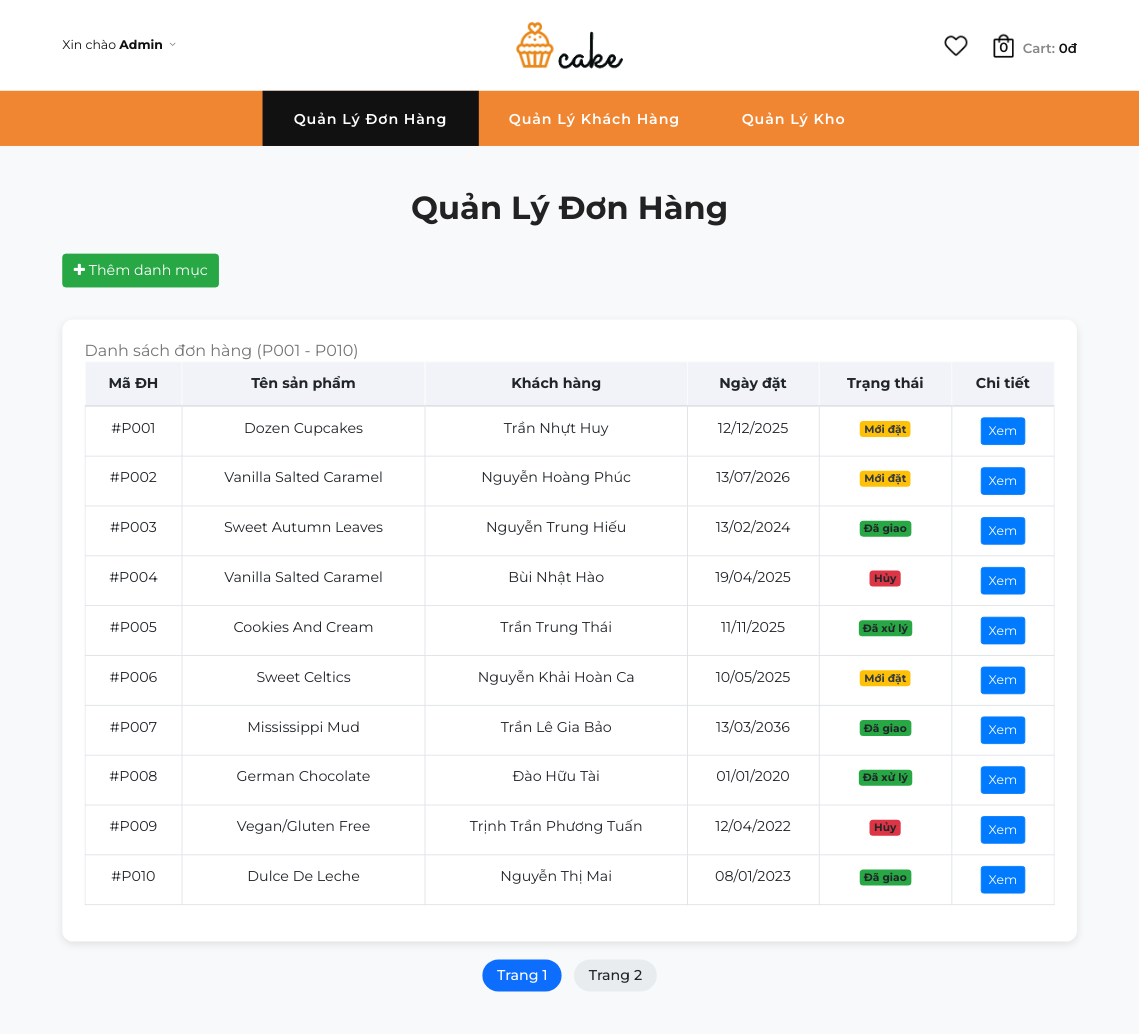
Repository: nhanto2n-byte/Nhom10ChieuThu3
Page: ProjectWeb/cake-main/admin_product.html
These files come from the project's save history. The page is drawn as it stood at one moment and after the next save; the edit follows.
The browser window is 1280 px wide. The pictures show the whole page, at 89% of full size.

Above is the page before, as saved 2025-10-28 14:18:57.

### ProjectWeb/cake-main/admin_product.html
<!DOCTYPE html>
<html lang="vi">

<head>
  <meta charset="UTF-8">
  <meta name="viewport" content="width=device-width, initial-scale=1.0">
  <title>Quản lý đơn hàng </title>

  <!-- Google Fonts -->
  <link href="https://fonts.googleapis.com/css2?family=Playfair+Display:wght@400;500;600;700;800;900&display=swap" rel="stylesheet">
  <link href="https://fonts.googleapis.com/css2?family=Montserrat:wght@300;400;500;600;700;800;900&display=swap" rel="stylesheet">

  <!-- CSS -->
  <link rel="stylesheet" href="css/bootstrap.min.css" type="text/css">
    <link rel="stylesheet" href="css/flaticon.css" type="text/css">
    <link rel="stylesheet" href="css/barfiller.css" type="text/css">
    <link rel="stylesheet" href="css/magnific-popup.css" type="text/css">
    <link rel="stylesheet" href="css/font-awesome.min.css" type="text/css">
    <link rel="stylesheet" href="css/elegant-icons.css" type="text/css">
    <link rel="stylesheet" href="css/nice-select.css" type="text/css">
    <link rel="stylesheet" href="css/owl.carousel.min.css" type="text/css">
    <link rel="stylesheet" href="css/slicknav.min.css" type="text/css">
    <link rel="stylesheet" href="css/style.css" type="text/css">

  <style>
    body {
      background-color: #f8f9fa;
      font-family: 'Montserrat', sans-serif;
    }

    h2 {
      font-weight: 700;
      margin-bottom: 30px;
      color: #222;
    }

    .card {
      border: none;
      border-radius: 12px;
      box-shadow: 0 3px 10px rgba(0, 0, 0, 0.1);
      margin-bottom: 20px;
      padding: 25px;
    }

    .table th {
      background-color: #f1f3f9;
    }

    input[name="page"] {
      display: none;
    }

    #page1Content,
    #page2Content {
      display: none;
      animation: fade 0.4s ease;
    }

    #page1:checked~.book #page1Content {
      display: block;
    }

    #page2:checked~.book #page2Content {
      display: block;
    }

    .controls {
      text-align: center;
      margin-top: 15px;
    }

    .controls label {
      display: inline-block;
      background-color: #e9ecef;
      border-radius: 20px;
      padding: 6px 16px;
      margin: 0 5px;
      cursor: pointer;
      transition: all 0.3s;
      font-weight: 500;
    }

    #page1:checked~.controls label[for="page1"],
    #page2:checked~.controls label[for="page2"] {
      background-color: #0d6efd;
      color: white;
    }

    @keyframes fade {
      from {
        opacity: 0;
      }

      to {
        opacity: 1;
      }
    }

    .btn-add {
      margin-bottom: 20px;
    }
  </style>
  <style>
        /* ==================================== */
        /* CẤU TRÚC MENU THẢ XUỐNG (DROPDOWN) */
        /* ==================================== */

        /* 1. Thiết lập vị trí tương đối cho mục cha */
        .header__top__left ul li.has-dropdown {
            position: relative;
        }

        /* KHẮC PHỤC LỖI TÔ ĐEN TRÊN LIÊN KẾT CHA */
        .header__top__left ul li.has-dropdown > a:focus,
        .header__top__left ul li.has-dropdown > a:active {
            /* Dùng !important để ghi đè CSS từ file style.css nếu cần */
            outline: none !important;
            -webkit-tap-highlight-color: transparent;
            background-color: transparent !important;
        }

        /* 2. Thiết lập trạng thái mặc định (ẨN) cho dropdown */
        .header__top__left ul li .dropdown {
            display: none;
            position: absolute;
            top: 100%;
            left: 0;
            z-index: 100;

            /* NỀN ĐẬM CHO CHỮ TRẮNG NỔI BẬT */
            background-color: #333; /* Nền xám/đen đậm */
            border: 1px solid #555;
            box-shadow: 0 4px 10px rgba(0, 0, 0, 0.2);
            min-width: 200px;
            padding: 5px 0;
            list-style: none; /* Loại bỏ dấu chấm */
        }

        /* 3. Hiển thị menu khi di chuột vào mục cha */
        .header__top__left ul li.has-dropdown:hover > .dropdown {
            display: block;
        }

        /* 4. Định kiểu cho các mục con trong menu */
        .header__top__left ul li .dropdown li a {
            display: block;
            padding: 10px 15px;
            text-decoration: none;

            /* MÀU CHỮ TRẮNG */
            color: white;

            font-size: 16px;
            white-space: nowrap;
        }

        /* Hiệu ứng di chuột (hover) cho các mục con */
        .header__top__left ul li .dropdown li a:hover {
            background-color: #555; /* Nền xám nhẹ khi hover */
            color: #ffcc00; /* Màu nổi bật khi hover */
        }
    </style>
</head>

<body>
    <!-- Page Preloder -->
    <div id="preloder">
        <div class="loader"></div>
    </div>

    <!-- Offcanvas Menu Begin -->
    <div class="offcanvas-menu-overlay"></div>
    <div class="offcanvas-menu-wrapper">
        <div class="offcanvas__cart">
            <div class="offcanvas__cart__links">
                <a href="#" class="search-switch"><img src="img/icon/search.png" alt=""></a>
                <a href="#"><img src="img/icon/heart.png" alt=""></a>
            </div>
            <div class="offcanvas__cart__item">
                <a href="#"><img src="img/icon/cart.png" alt=""> <span>0</span></a>
                <div class="cart__price">Cart: <span>0đ</span></div>
            </div>
        </div>
        <div class="offcanvas__logo">
            <a href="./index.html"><img src="img/logo.png" alt=""></a>
        </div>
        <div id="mobile-menu-wrap"></div>
    </div>
    <!-- Offcanvas Menu End -->

    <!-- Header Section Begin -->
    <header class="header">
        <div class="header__top">
            <div class="container">
                <div class="row">
                    <div class="col-lg-12">
                        <div class="header__top__inner">
                            <div class="header__top__left">
                                <ul>
                                    <li class="has-dropdown">
                                    <a href="./profile.html">
                                            Xin chào <strong>Admin</strong>
                                            <span class="arrow_carrot-down"></span>
                                    </a>
                                        <ul class="dropdown">
                                            <li><a href="./profile.html">My Profile</a></li>
                                            <li><a href="./register.html">Log out</a></li>
                                        </ul>
                                    </li>
                                </ul>
                            </div>
                            <div class="header__logo">
                                <a href="#"><img src="img/logo.png" alt=""></a>
                            </div>
                            <div class="header__top__right">
                                <div class="header__top__right__links">

                                    <a href="./wisslist.html"><img src="img/icon/heart.png" alt=""></a>
                                </div>
                                <div class="header__top__right__cart">
                                    <a href="./shoping-cart.html"><img src="img/icon/cart.png" alt=""> <span>0</span></a>
                                    <div class="cart__price">Cart: <span>0đ</span></div>
                                </div>
                            </div>
                        </div>
                    </div>
                </div>
                <div class="canvas__open"><i class="fa fa-bars"></i></div>
            </div>
        </div>
        <div class="container">
            <div class="row">
                <div class="col-lg-12">
                    <nav class="header__menu mobile-menu">
                        <ul>
                           <li class="active"><a href="./admin_product.html">Quản Lý Đơn Hàng</a></li>
                            <li><a href="./admin_member.html">Quản Lý Khách Hàng</a></li>
                              <li><a href="#">Quản Lý Kho</a>
                                <ul class="dropdown">
                                    <li><a href="./admin_category.html">Quản Lý Danh Mục Sản Phẩm</a></li>
                                    <li><a href="./checkout.html">Quản Lý Nhập Sản Phẩm</a></li>
                                    <li><a href="./admin_selling.html">Quản Lý Giá Bán</a></li>
                                    <li><a href="./admin_quantity.html">Quản Lý Số Lượng Tồn</a></li>
                                    <li><a href="./admin_type.html">Quản Lý Loại Sản Phẩm</a></li>
                                </ul>
                            </li>
                        </ul>
                    </nav>
                </div>
            </div>
        </div>
    </header>
  <div class="container py-5">
    <h2 class="text-center"> Quản Lý Đơn Hàng</h2>

    <!-- Nút thêm -->
    <div class="text-end mb-3">
      <button class="btn btn-success btn-add" data-bs-toggle="modal" data-bs-target="#addModal">
        <i class="fa fa-plus"></i> Thêm danh mục
      </button>
    </div>






    <!-- Radio điều khiển -->
    <input type="radio" name="page" id="page1" checked>
    <input type="radio" name="page" id="page2">

    <div class="book">
      <!-- Trang 1 -->
      <div id="page1Content" class="card bg-white">
        <h5><i class="fa-solid fa-box"></i> Danh sách đơn hàng (P001 - P010)</h5>
        <div class="table-responsive">
          <table class="table table-bordered text-center align-middle">
            <thead class="table-light">
              <tr>
                <th>Mã ĐH</th>
                <th>Tên sản phẩm</th>
                <th>Khách hàng</th>
                <th>Ngày đặt</th>
                <th>Trạng thái</th>
                <th>Chi tiết</th>
              </tr>
            </thead>
            <tbody>
              <tr><td>#P001</td><td>Dozen Cupcakes</td><td>Trần Nhựt Huy</td><td>12/12/2025</td><td><span class="badge bg-warning text-dark">Mới đặt</span></td><td><a href="#" class="btn btn-primary btn-sm">Xem</a></td></tr>
              <tr><td>#P002</td><td>Vanilla Salted Caramel</td><td>Nguyễn Hoàng Phúc</td><td>13/07/2026</td><td><span class="badge bg-warning text-dark">Mới đặt</span></td><td><a href="#" class="btn btn-primary btn-sm">Xem</a></td></tr>
              <tr><td>#P003</td><td>Sweet Autumn Leaves</td><td>Nguyễn Trung Hiếu</td><td>13/02/2024</td><td><span class="badge bg-success">Đã giao</span></td><td><a href="#" class="btn btn-primary btn-sm">Xem</a></td></tr>
              <tr><td>#P004</td><td>Vanilla Salted Caramel</td><td>Bùi Nhật Hào</td><td>19/04/2025</td><td><span class="badge bg-danger">Hủy</span></td><td><a href="#" class="btn btn-primary btn-sm">Xem</a></td></tr>
              <tr><td>#P005</td><td>Cookies And Cream</td><td>Trần Trung Thái</td><td>11/11/2025</td><td><span class="badge bg-success">Đã xử lý</span></td><td><a href="#" class="btn btn-primary btn-sm">Xem</a></td></tr>
              <tr><td>#P006</td><td>Sweet Celtics</td><td>Nguyễn Khải Hoàn Ca</td><td>10/05/2025</td><td><span class="badge bg-warning text-dark">Mới đặt</span></td><td><a href="#" class="btn btn-primary btn-sm">Xem</a></td></tr>
              <tr><td>#P007</td><td>Mississippi Mud</td><td>Trần Lê Gia Bảo</td><td>13/03/2036</td><td><span class="badge bg-success">Đã giao</span></td><td><a href="#" class="btn btn-primary btn-sm">Xem</a></td></tr>
              <tr><td>#P008</td><td>German Chocolate</td><td>Đào Hữu Tài</td><td>01/01/2020</td><td><span class="badge bg-success">Đã xử lý</span></td><td><a href="#" class="btn btn-primary btn-sm">Xem</a></td></tr>
              <tr><td>#P009</td><td>Vegan/Gluten Free</td><td>Trịnh Trần Phương Tuấn</td><td>12/04/2022</td><td><span class="badge bg-danger">Hủy</span></td><td><a href="#" class="btn btn-primary btn-sm">Xem</a></td></tr>
              <tr><td>#P010</td><td>Dulce De Leche</td><td>Nguyễn Thị Mai</td><td>08/01/2023</td><td><span class="badge bg-success">Đã giao</span></td><td><a href="#" class="btn btn-primary btn-sm">Xem</a></td></tr>
            </tbody>
          </table>
        </div>
      </div>

      <!-- Trang 2 -->
      <div id="page2Content" class="card bg-white">
        <h5><i class="fa-solid fa-box-archive"></i> Danh sách đơn hàng (P011 - P020)</h5>
        <div class="table-responsive">
          <table class="table table-bordered text-center align-middle">
            <thead class="table-light">
              <tr>
                <th>Mã ĐH</th>
                <th>Tên sản phẩm</th>
                <th>Khách hàng</th>
                <th>Ngày đặt</th>
                <th>Trạng thái</th>
                <th>Chi tiết</th>
              </tr>
            </thead>
            <tbody>
              <tr><td>#P011</td><td>Vanilla Salted Caramel</td><td>Trần Nhựt Huy</td><td>12/12/2025</td><td><span class="badge bg-warning text-dark">Mới đặt</span></td><td><a href="#" class="btn btn-primary btn-sm">Xem</a></td></tr>
              <tr><td>#P012</td><td>Sweet Celtics</td><td>Nguyễn Hoàng Phúc</td><td>13/07/2026</td><td><span class="badge bg-warning text-dark">Mới đặt</span></td><td><a href="#" class="btn btn-primary btn-sm">Xem</a></td></tr>
              <tr><td>#P013</td><td>Dulce De Leche</td><td>Nguyễn Trung Hiếu</td><td>13/02/2024</td><td><span class="badge bg-success">Đã giao</span></td><td><a href="#" class="btn btn-primary btn-sm">Xem</a></td></tr>
              <tr><td>#P014</td><td>Cookies And Cream</td><td>Bùi Nhật Hào</td><td>19/04/2025</td><td><span class="badge bg-danger">Hủy</span></td><td><a href="#" class="btn btn-primary btn-sm">Xem</a></td></tr>
              <tr><td>#P015</td><td>Dozen Cupcakes</td><td>Trần Trung Thái</td><td>11/11/2025</td><td><span class="badge bg-success">Đã xử lý</span></td><td><a href="#" class="btn btn-primary btn-sm">Xem</a></td></tr>
              <tr><td>#P016</td><td>German Chocolate</td><td>Nguyễn Khải Hoàn Ca</td><td>10/05/2025</td><td><span class="badge bg-warning text-dark">Mới đặt</span></td><td><a href="#" class="btn btn-primary btn-sm">Xem</a></td></tr>
              <tr><td>#P017</td><td>Vanilla Salted Caramel</td><td>Trần Lê Gia Bảo</td><td>13/03/2036</td><td><span class="badge bg-success">Đã giao</span></td><td><a href="#" class="btn btn-primary btn-sm">Xem</a></td></tr>
              <tr><td>#P018</td><td>Cookie Dough</td><td>Đào Hữu Tài</td><td>01/01/2020</td><td><span class="badge bg-success">Đã xử lý</span></td><td><a href="#" class="btn btn-primary btn-sm">Xem</a></td></tr>
              <tr><td>#P019</td><td>Dulce De Leche</td><td>Trịnh Trần Phương Tuấn</td><td>12/04/2022</td><td><span class="badge bg-danger">Hủy</span></td><td><a href="#" class="btn btn-primary btn-sm">Xem</a></td></tr>
              <tr><td>#P020</td><td>Sweet Autumn Leaves</td><td>Nguyễn Thị Mai</td><td>08/01/2023</td><td><span class="badge bg-success">Đã giao</span></td><td><a href="#" class="btn btn-primary btn-sm">Xem</a></td></tr>
            </tbody>
          </table>
        </div>
      </div>
    </div>

    <!-- Nút chuyển trang -->
    <div class="controls">
      <label for="page1">Trang 1</label>
      <label for="page2">Trang 2</label>
    </div>
  </div>



<!-- Js Plugins -->
<script src="js/jquery-3.3.1.min.js"></script>
<script src="js/bootstrap.min.js"></script>
<script src="js/jquery.nice-select.min.js"></script>
<script src="js/jquery.barfiller.js"></script>
<script src="js/jquery.magnific-popup.min.js"></script>
<script src="js/jquery.slicknav.js"></script>
<script src="js/owl.carousel.min.js"></script>
<script src="js/jquery.nicescroll.min.js"></script>
<script src="js/main.js"></script>
</body>
</html>

### ProjectWeb/cake-main/css/barfiller.css
.barfiller {
    width:100%;
    height:12px;
    background:#fcfcfc;
    border:1px solid #ccc;
    position:relative;
    margin-bottom:20px;
    box-shadow: inset 1px 4px 9px -6px rgba(0,0,0,.5);
    -moz-box-shadow: inset 1px 4px 9px -6px rgba(0,0,0,.5);
}

.barfiller .fill {
    display:block;
    position:relative;
    width:0px;
    height:100%;
    background:#333;
    z-index:1;
}

.barfiller .tipWrap {
    display:none;
}

.barfiller .tip {
    margin-top:-30px;
    padding:2px 4px;
    font-size:11px;
    color:#fff;
    left:0px;
    position:absolute;
    z-index:2;
    background: #333;
}

.barfiller .tip:after {
    border:solid;
    border-color:rgba(0,0,0,.8) transparent;
    border-width:6px 6px 0 6px;
    content:"";
    display:block;
    position:absolute;
    left:9px;
    top:100%;
    z-index:9
}

Loaded but not shown: ProjectWeb/cake-main/css/bootstrap.min.css (library); ProjectWeb/cake-main/css/flaticon.css (common file); ProjectWeb/cake-main/css/magnific-popup.css (library); ProjectWeb/cake-main/css/font-awesome.min.css (library); ProjectWeb/cake-main/css/nice-select.css (common file); ProjectWeb/cake-main/css/owl.carousel.min.css (library); ProjectWeb/cake-main/css/slicknav.min.css (common file); ProjectWeb/cake-main/js/jquery-3.3.1.min.js (library); ProjectWeb/cake-main/js/bootstrap.min.js (library); ProjectWeb/cake-main/js/jquery.nice-select.min.js (common file); ProjectWeb/cake-main/js/jquery.barfiller.js (library); ProjectWeb/cake-main/js/jquery.magnific-popup.min.js (library); ProjectWeb/cake-main/js/jquery.slicknav.js (library); ProjectWeb/cake-main/js/owl.carousel.min.js (library); ProjectWeb/cake-main/js/jquery.nicescroll.min.js (library); ProjectWeb/cake-main/js/main.js (235 lines, source omitted); ProjectWeb/cake-main/css/style.css (4028 lines, source omitted); ProjectWeb/cake-main/css/elegant-icons.css (1157 lines, source omitted)

After the next save:
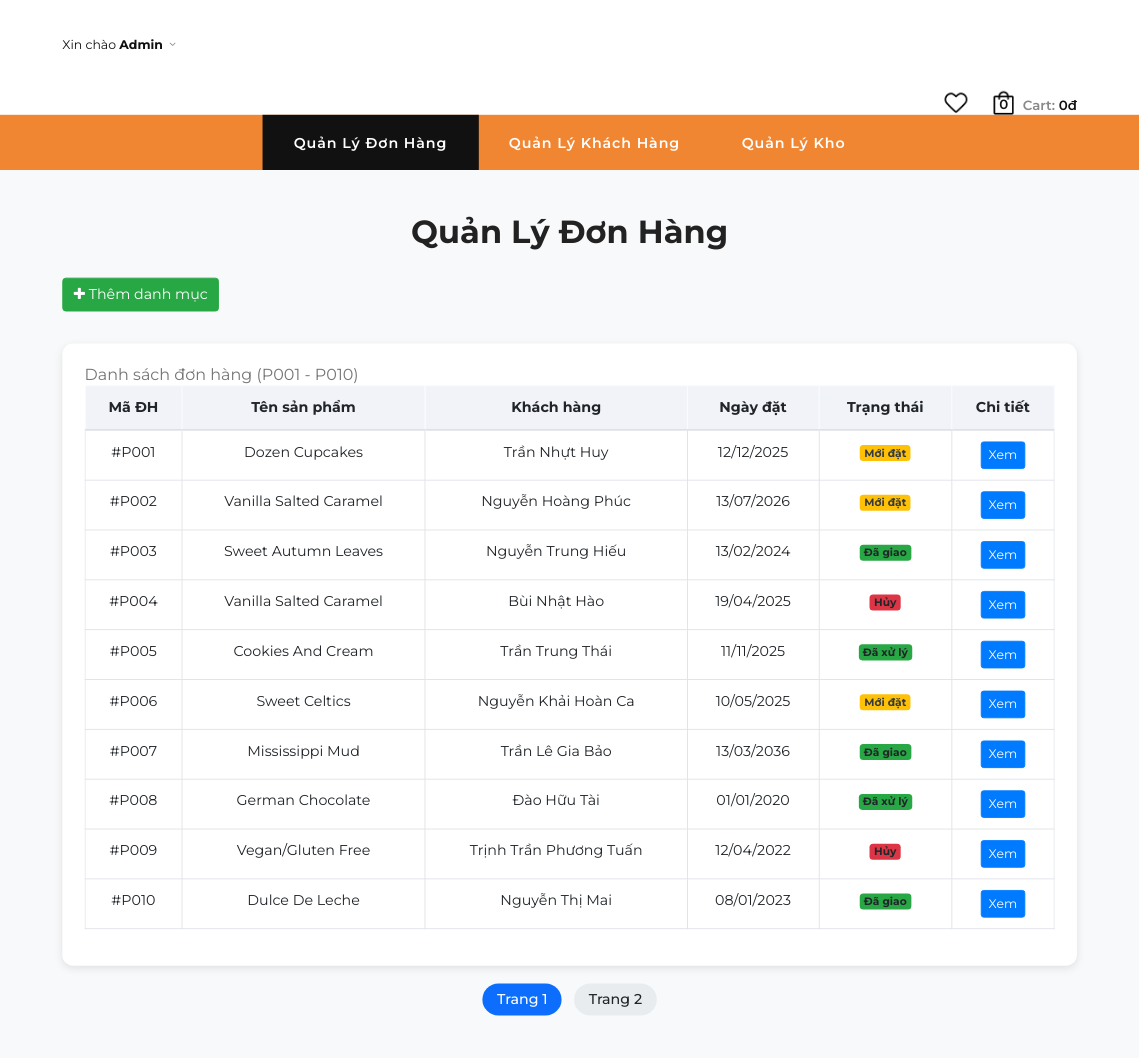
Saved 3 min 48 s later.
--- a/ProjectWeb/cake-main/admin_product.html
+++ b/ProjectWeb/cake-main/admin_product.html
@@ -209,8 +209,7 @@
                                     </li>
                                 </ul>
                             </div>
-                            <div class="header__logo">
-                                <a href="#"><img src="img/logo.png" alt=""></a>
+
                             </div>
                             <div class="header__top__right">
                                 <div class="header__top__right__links">
